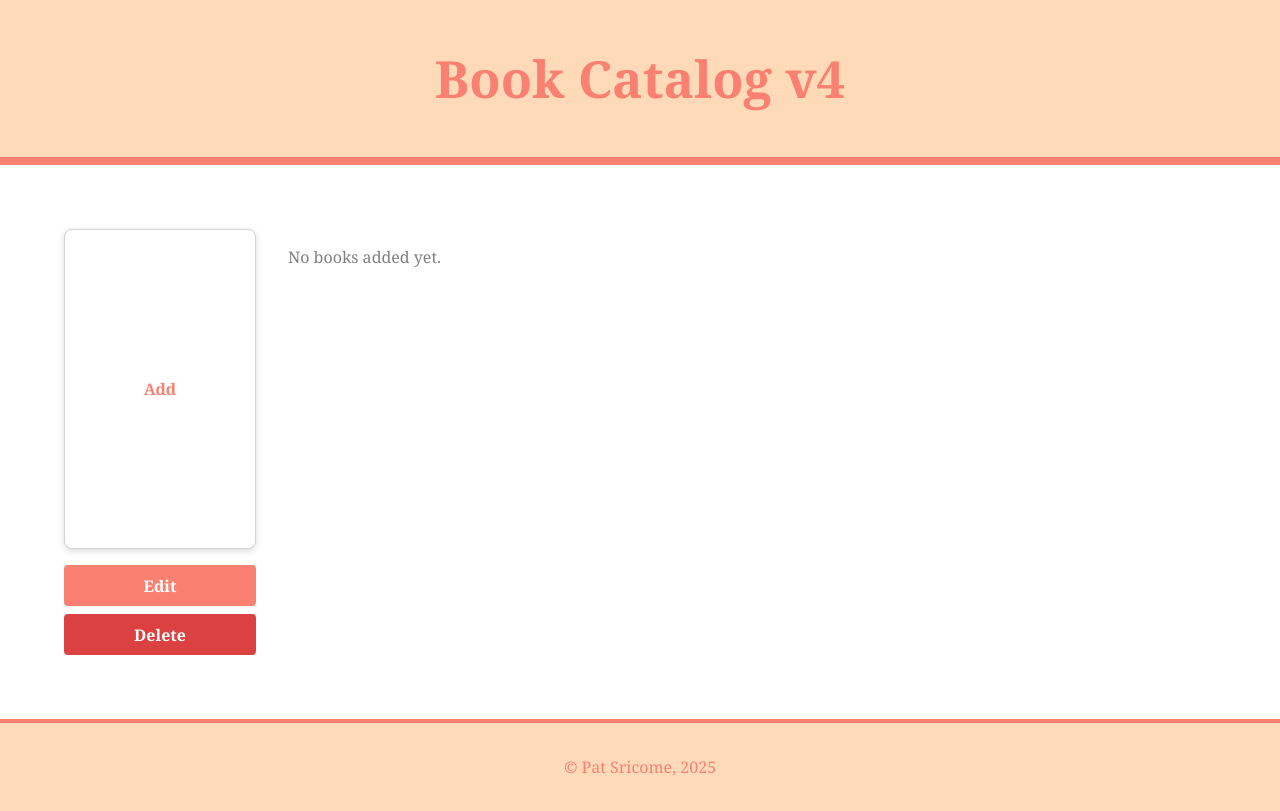
Repository: patcha-d3/book-catalog-v5
Page: /
The author's editor kept a copy of each file at every save. The page is drawn from the files as they stood at one save, then again after the next save.
The browser window is 1280 px wide. The pictures show the whole page.
The project was rebuilt for these pictures with package versions that can differ from the ones it lists, and the page was loaded fresh each time. Also part of the build but not shown: vite.config.js, src/book.jsx.

Above is the page before, as saved 2025-10-14 20:41:49.

After the next save:
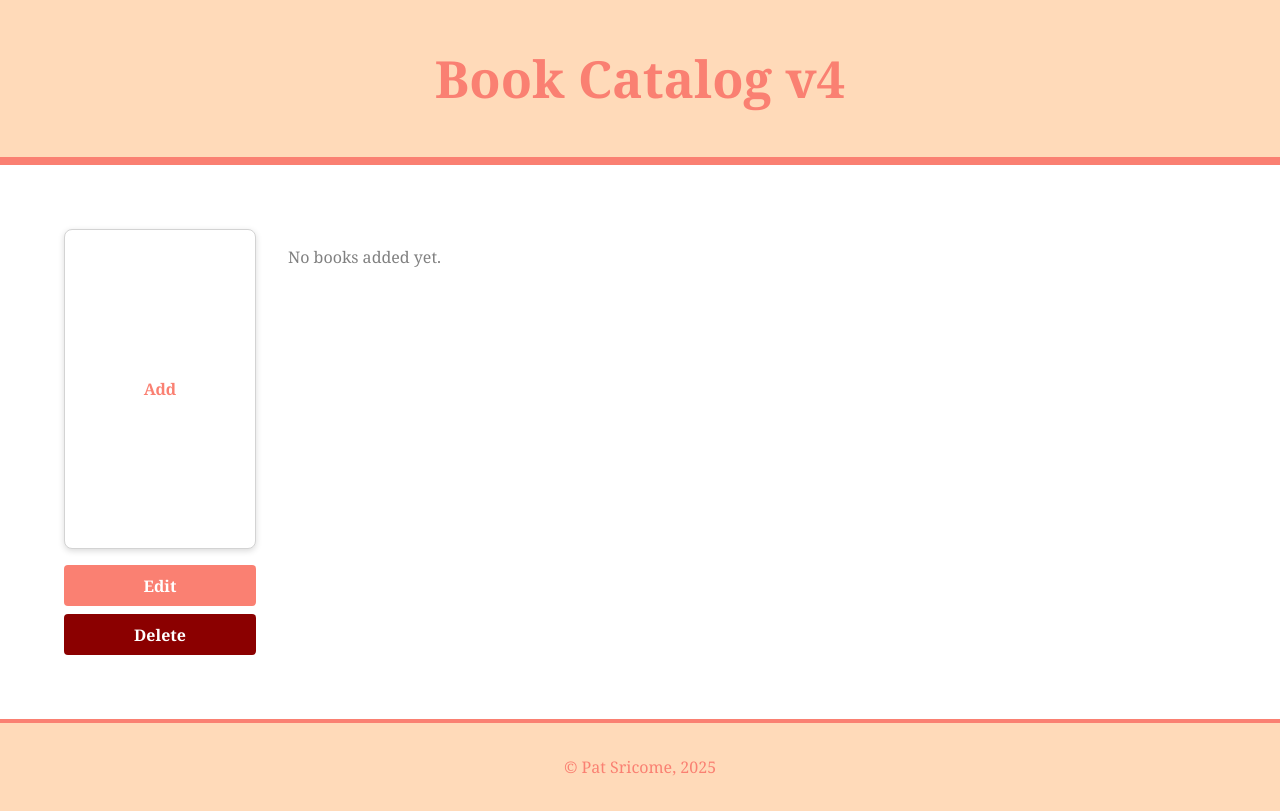
Saved 8 s later.
--- a/src/App.css
+++ b/src/App.css
@@ -291,5 +291,5 @@ dialog form {
 }
 
 .button-delete {
-  background-color: #db4141;
-}
+  background-color: darkred;
+}
